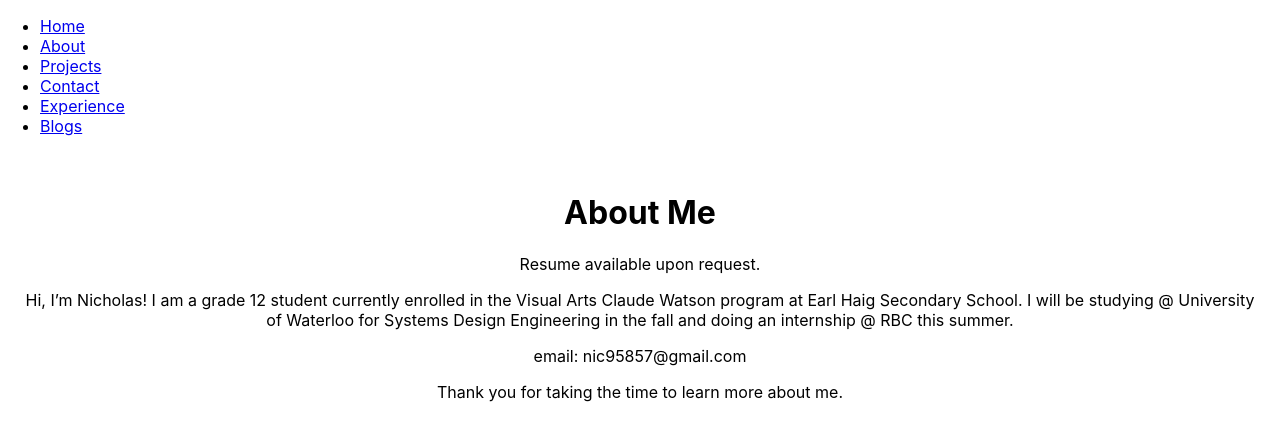
Repository: nicholaschen09/personalWebsite
Page: /about
An editor plug-in stored every save of this project. The page is shown before and after the next save, followed by the edit.
The browser window is 1280 px wide. The pictures show the whole page.
The project was rebuilt for these pictures with package versions that can differ from the ones it lists, and the page was loaded fresh each time. Also part of the build but not shown: src/components/Home.css, src/components/Home.js, src/components/Projects.css, src/components/Projects.js, src/components/Contact.css, src/components/Contact.js, src/components/Experience.css, src/components/Experience.js and 2 more.

Above is the page before, as saved 2024-05-23 00:17:43.

### src/App.js
import React from 'react';
import { BrowserRouter as Router, Route, Routes, Link } from 'react-router-dom';
import About from './components/About.js';
import Home from './components/Home.js';
import Projects from './components/Projects.js';
import Contact from './components/Contact.js';
import Experience from './components/Experience.js';
import Blog from './components/Blog.js';

function App() {
  return (
    <Router>
      <div>
        <nav>
          <ul>
            <li>
              <Link to="/">Home</Link>
            </li>
            <li>
              <Link to="/about">About</Link>
            </li>
            <li>
              <Link to="/projects">Projects</Link>
            </li>
            <li>
              <Link to="/contact">Contact</Link>
            </li>
            <li>
              <Link to="/experience">Experience</Link>
            </li>
            <li>
              <Link to="/blogs">Blogs</Link>
            </li>
          </ul>
        </nav>

        <Routes>
          <Route path="/about" element={<About />} />
          <Route path="/" element={<Home />} />
          <Route path="/projects" element={<Projects />} />
          <Route path="/blogs" element={<Blog />} />
          <Route path="/experience" element={<Experience />} />
          <Route path="/contact" element={<Contact />} />
        </Routes>
      </div>
    </Router>
  );
}

export default App;

### src/components/About.js
// src/components/About/About.js
import React from 'react';
import './About.css';

const About = () => {
    return (
        <div className="about">
            <h1>About Me</h1>
            <p>Resume available upon request.</p>
            <p>Hi, I’m Nicholas!  I am a grade 12 student currently enrolled in the Visual Arts Claude Watson
                program at Earl Haig Secondary School. I will be studying @ University of
                Waterloo for Systems Design Engineering in the fall and doing an internship @ RBC this summer.</p>
            <p>email: nic95857@gmail.com</p>
            <p>Thank you for taking the time to learn more about me.</p>
        </div>
    );
};

export default About;

### src/components/About.css
/* src/components/About/About.css */
.about {
    text-align: center;
    padding: 20px;
}

Loaded but not shown: public/index.html (common file); src/index.js (common file); src/index.css (common file); src/reportWebVitals.js (common file)

After the next save:
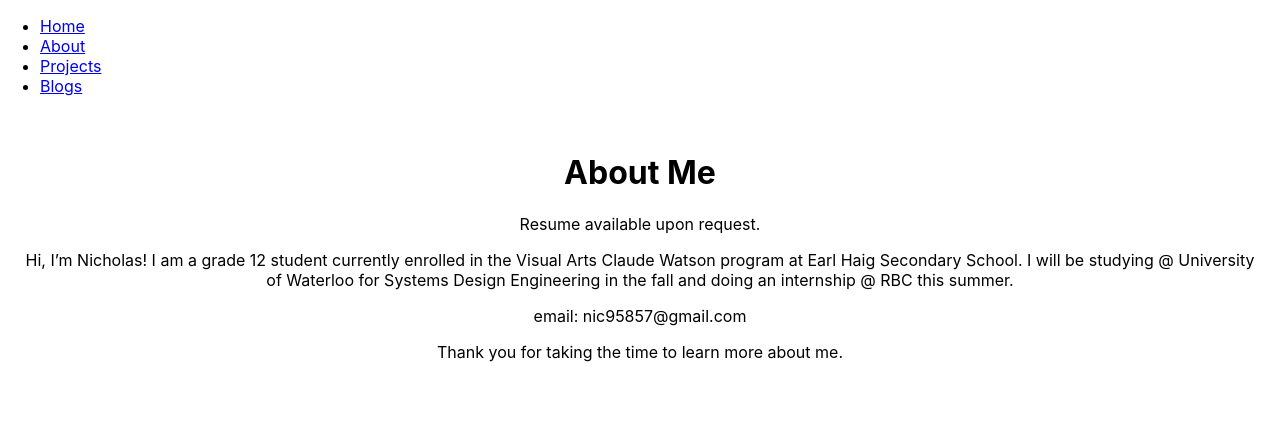
Saved 68 s later.
--- a/src/App.js
+++ b/src/App.js
@@ -23,12 +23,6 @@ function App() {
               <Link to="/projects">Projects</Link>
             </li>
             <li>
-              <Link to="/contact">Contact</Link>
-            </li>
-            <li>
-              <Link to="/experience">Experience</Link>
-            </li>
-            <li>
               <Link to="/blogs">Blogs</Link>
             </li>
           </ul>
@@ -39,8 +33,6 @@ function App() {
           <Route path="/" element={<Home />} />
           <Route path="/projects" element={<Projects />} />
           <Route path="/blogs" element={<Blog />} />
-          <Route path="/experience" element={<Experience />} />
-          <Route path="/contact" element={<Contact />} />
         </Routes>
       </div>
     </Router>
